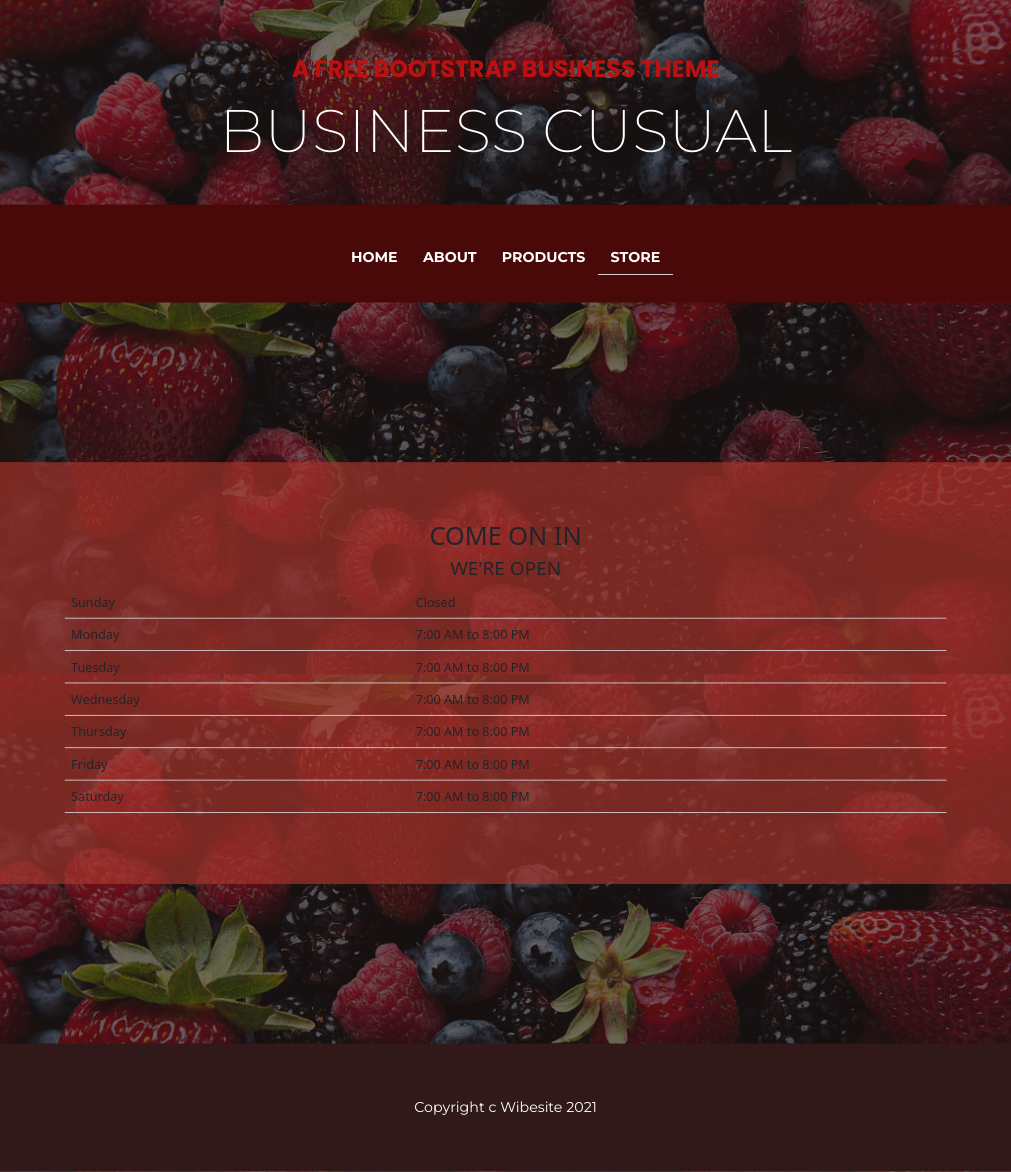
Repository: wadelfadill/tache_7_Business_bootstrap_theme
Page: store.html
An editor plug-in stored every save of this project. The page is shown before and after the next save, followed by the edit.
The browser window is 1280 px wide. The pictures show the whole page, at 79% of full size.
Backgrounds fixed to the window are drawn as part of the page.

Above is the page before, as saved 2023-04-28 21:58:57.

### store.html
<!DOCTYPE html>
<html lang="en">
<head>
    <meta charset="UTF-8">
    <meta http-equiv="X-UA-Compatible" content="IE=edge">
    <meta name="viewport" content="width=device-width, initial-scale=1.0">
    <!------ title of website ------>
    <title>Business website</title>
    <!------ Bootstrap cdn link ------>
    <link href="https://cdn.jsdelivr.net/npm/bootstrap@5.1.3/dist/css/bootstrap.min.css" rel="stylesheet" integrity="sha384-1BmE4kWBq78iYhFldvKuhfTAU6auU8tT94WrHftjDbrCEXSU1oBoqyl2QvZ6jIW3" crossorigin="anonymous">
    <!------- css link -------------->
    <link rel="stylesheet" href="css/style.css">
    <link rel="stylesheet" href="css/store_style.css">
    <!---------Google Fonts links ---------->
    <link rel="preconnect" href="https://fonts.googleapis.com">
    <link rel="preconnect" href="https://fonts.gstatic.com" crossorigin>
    <link href="https://fonts.googleapis.com/css2?family=Montserrat:wght@100;200;400;700&family=Poppins:wght@700&display=swap" rel="stylesheet">

</head>
<body>
    <!-- ========== Start Header Section ========== -->
    <header id="header">
        <h2 class="first_title text-center">A FREE BOOTSTRAP BUSINESS THEME</h2>
        <h1 class="second_title text-center">BUSINESS CUSUAL</h1>
        <!-- ========== Start navbar  Section ========== -->
        <nav class="my-auto mt-5">
            <div class="container my-auto">
                <ul class="nav justify-content-center">
                    <li class="nav-item">
                      <a class="nav-link" aria-current="page" href="index.html">HOME</a>
                    </li>
                    <li class="nav-item">
                      <a class="nav-link" href="about.html">ABOUT</a>
                    </li>
                    <li class="nav-item">
                      <a class="nav-link" href="product.html">PRODUCTS</a>
                    </li>
                    <li class="nav-item">
                      <a class="nav-link active" href="store.html">STORE</a>
                    </li>
                </ul>
            </div>
        </nav>
        <!-- ========== End navbar  Section ========== -->
    </header>
    <!-- ========== End Header Section ========== -->
    <!-- ========== Start Main Section ========== -->
    <main>
      <!-- ========== Start First Section ========== -->
      <section id="first_section">
        <div class="container">
          <div class="border_box">
            <div class="table_box">
              <h2 class="text-center">COME ON IN</h2>
              <h4 class="text-center">WE'RE OPEN</h4>
              <table class="table">
                <tbody>
                  <tr>
                    <td>Sunday</td>
                    <td>Closed</td>
                  </tr>
                  <tr>
                    <td>Monday</td>
                    <td>7:00 AM to 8:00 PM</td>
                  </tr>
                  <tr>
                    <td>Tuesday</td>
                    <td>7:00 AM to 8:00 PM</td>
                  </tr>
                  <tr>
                    <td>Wednesday</td>
                    <td>7:00 AM to 8:00 PM</td>
                  </tr>
                  <tr>
                    <td>Thursday</td>
                    <td>7:00 AM to 8:00 PM</td>
                  </tr>
                  <tr>
                    <td>Friday</td>
                    <td>7:00 AM to 8:00 PM</td>
                  </tr>
                  <tr>
                    <td>Saturday</td>
                    <td>7:00 AM to 8:00 PM</td>
                  </tr>
                </tbody>
              </table>
            </div>
          </div>
        </div>
      </section>
      <!-- ========== End First Section ========== -->
    </main>
    <!-- ========== End Main Section ========== -->
    <footer id="footer">
        <p class="text-center">Copyright c Wibesite 2021</p>
    </footer>



    <!------ Bootstrap script -------->
    <script src="https://cdn.jsdelivr.net/npm/bootstrap@5.1.3/dist/js/bootstrap.bundle.min.js" integrity="sha384-ka7Sk0Gln4gmtz2MlQnikT1wXgYsOg+OMhuP+IlRH9sENBO0LRn5q+8nbTov4+1p" crossorigin="anonymous"></script>
</body>
</html>

### css/style.css
/* ===== General ====== */

:root{
    --red-color: #BD1111;
    --bg-red:#490909;
    --white-color: #FFFFFF;
    --black-color: #000000;
    --bg-beize:#F6E1C5;
    --bg-red-black: #311919;
    --bg-red-opac:rgba(165, 52, 43, 0.69);
    --red-border: #CD5449;
}
*{
    margin: 0;
    padding: 0;
}
body{
    padding: 0;
    margin: 0;
    background-image: linear-gradient(rgba(34, 24, 24, 0.6), rgba(34, 24, 24, 0.6)), url("../images/1.jpeg");
    background-position: center;
    background-size: cover;
    background-repeat: no-repeat;
    background-attachment: fixed;
}
/* ===== squelette ====== */
/* ===== header section ====== */
/* ===== header titles ======= */
#header .first_title{
    font-family: 'Poppins';
    font-style: normal;
    font-weight: 700;
    font-size: 30px;
    line-height: 45px;
    color: var(--red-color);
    margin-top: 65px;
}
#header .second_title{
    font-family: 'Montserrat';
    font-style: normal;
    font-weight: 200;
    font-size: 76px;
    line-height: 93px;
    color: var(--white-color);
}
/* ====== header navbar ======*/
#header nav{
    background: var(--bg-red);
    height: 124px;
}
#header nav ul li{
    margin-top: 48px;
}
#header nav a{
    font-family: 'Montserrat';
    font-style: normal;
    font-weight: 700;
    font-size: 18px;
    line-height: 22px;
    color: var(--white-color);
}
#header nav a.active{
    padding-bottom: 10px;
    border-bottom: 1px solid white;
}
/* ==== Main section ==========*/
/* main{
    height: 1000px;
} */
/* ====== footer section ====== */
#footer{
    height: 162px;
    background: var(--bg-red-black);
    padding-top: 70px;
}
#footer p{
    font-family: 'Montserrat';
    font-style: normal;
    font-weight: 400;
    font-size: 18px;
    line-height: 22px;
    color: var(--white-color);
}


/* ===== responsive css ======*/
@media screen and (max-width:550px) {
    #header .second_title{
        font-size: 30px;
    }
    #header nav{
        height: max-content;
        padding-bottom: 40px;
    }
}

### css/store_style.css
/* ===== General ====== */

:root{
    --red-color: #BD1111;
    --bg-red:#490909;
    --white-color: #FFFFFF;
    --black-color: #000000;
    --bg-beize:#F6E1C5;
    --bg-red-black: #311919;
    --bg-red-opac:rgba(165, 52, 43, 0.69);
    --red-border: #CD5449;
}

/* ==== first section ==== */
#first_section{
    margin-top: 202px;
    margin-bottom: 202px;
    width: 100%;
    padding-bottom: 74px;
    padding-top: 74px;
    background: var(--bg-red-opac);
}

After the next save:
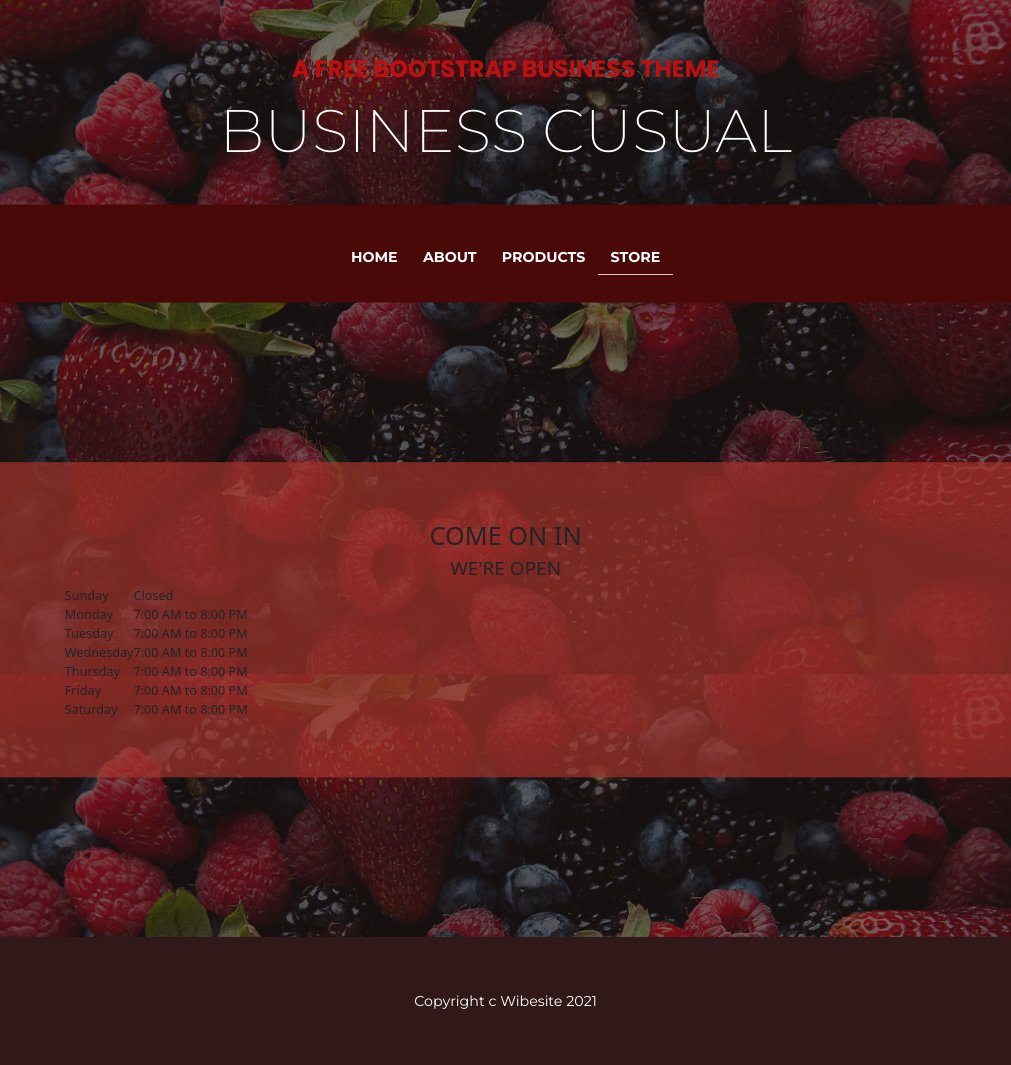
Saved 2 min 20 s later.
--- a/store.html
+++ b/store.html
@@ -53,7 +53,7 @@
             <div class="table_box">
               <h2 class="text-center">COME ON IN</h2>
               <h4 class="text-center">WE'RE OPEN</h4>
-              <table class="table">
+              <table class="table-responsive">
                 <tbody>
                   <tr>
                     <td>Sunday</td>

After the save that followed:
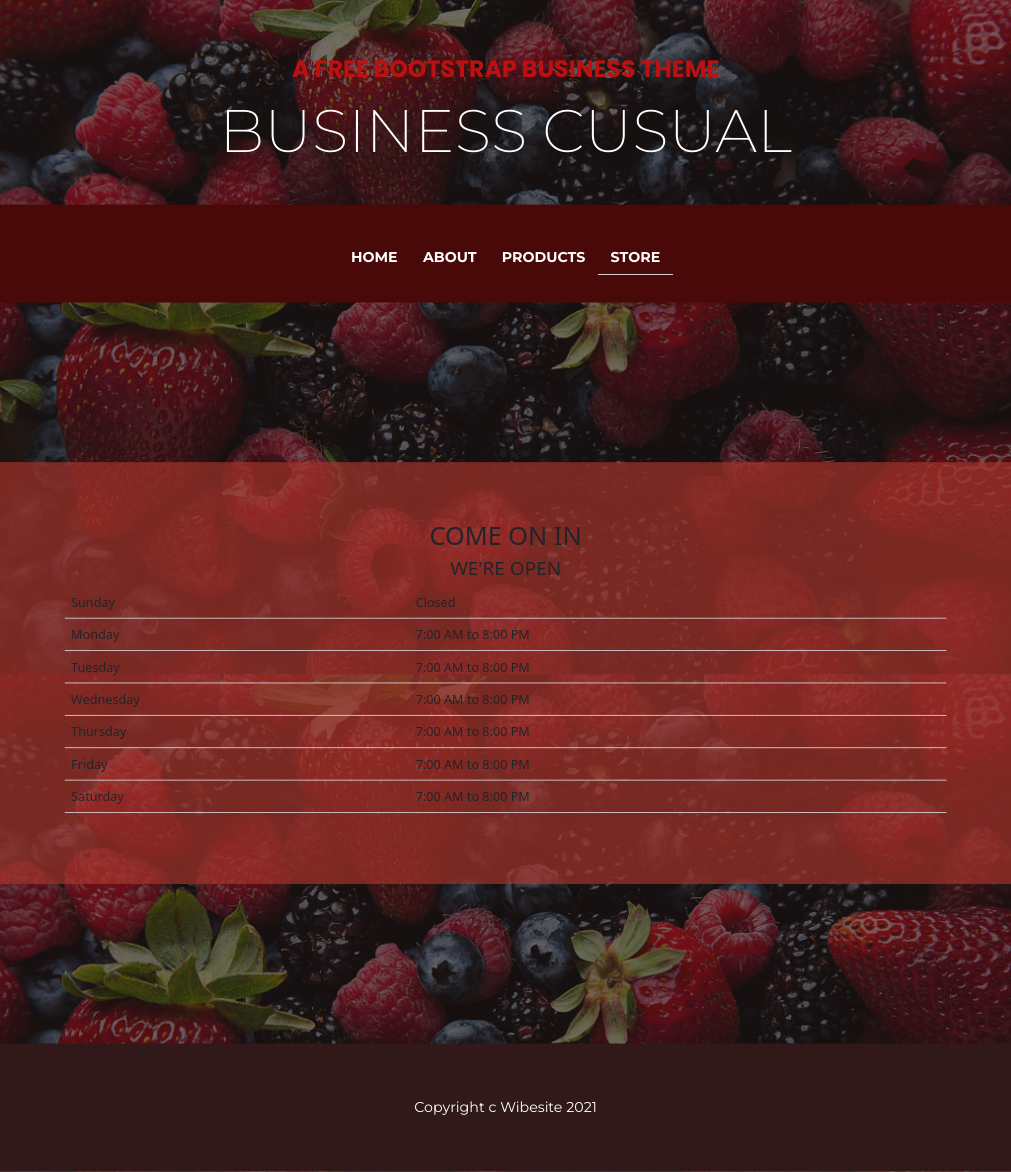
Saved 17 s later.
--- a/store.html
+++ b/store.html
@@ -53,7 +53,7 @@
             <div class="table_box">
               <h2 class="text-center">COME ON IN</h2>
               <h4 class="text-center">WE'RE OPEN</h4>
-              <table class="table-responsive">
+              <table class="table">
                 <tbody>
                   <tr>
                     <td>Sunday</td>
